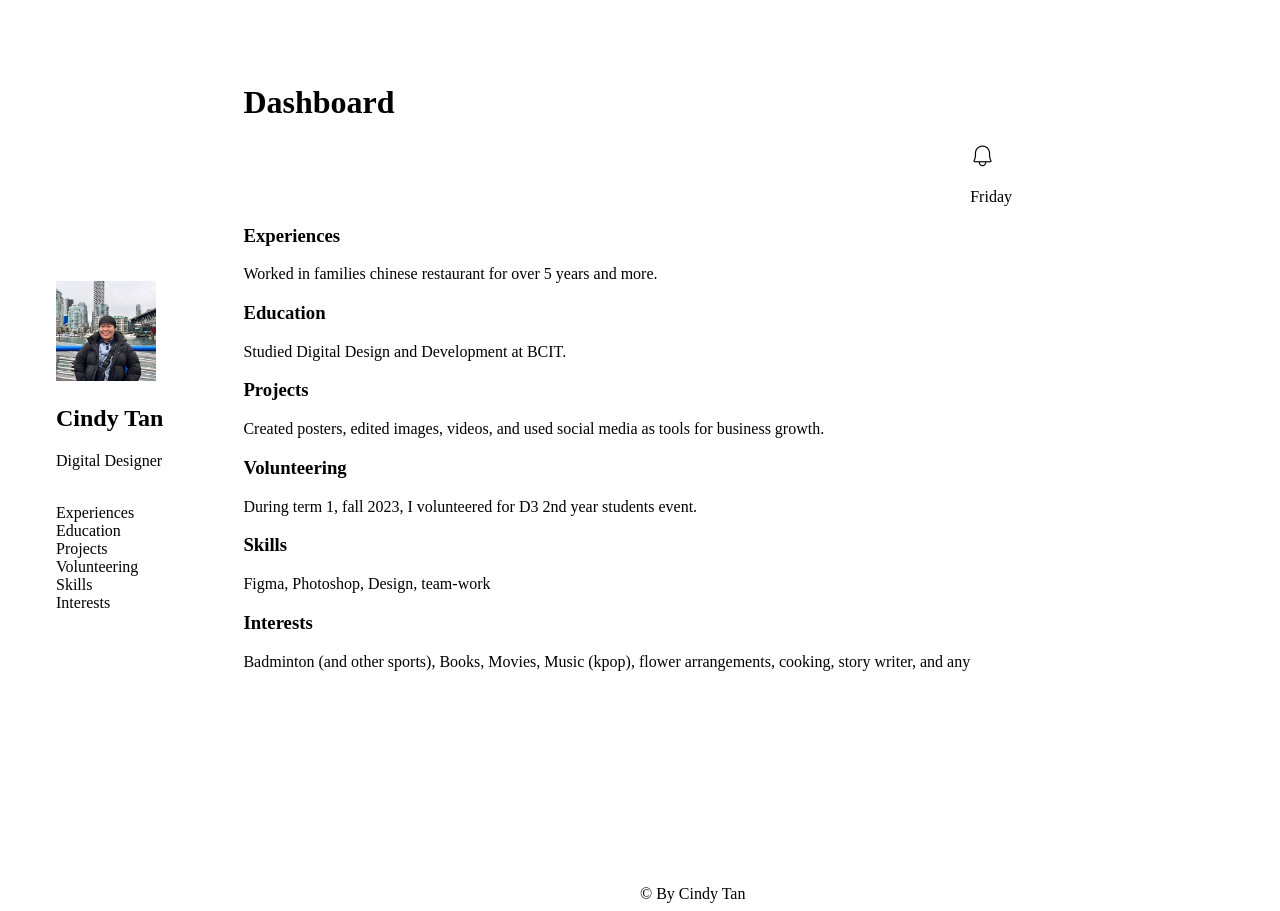
Repository: Cindy-tan/Assessment-_1
Page: /
An editor plug-in stored every save of this project. The page is shown before and after the next save, followed by the edit.
The browser window is 1280 px wide. The pictures show the whole page.
The project was rebuilt for these pictures with package versions that can differ from the ones it lists, and the page was loaded fresh each time. The framework's server and built-in components were replaced by stand-ins that run in the browser. Also part of the build but not shown: next.config.js, components/Card/Card.module.css, components/SideNavigation/SideNavigation.module.css.

Above is the page before, as saved 2024-01-19 00:17:56.

After the next save:
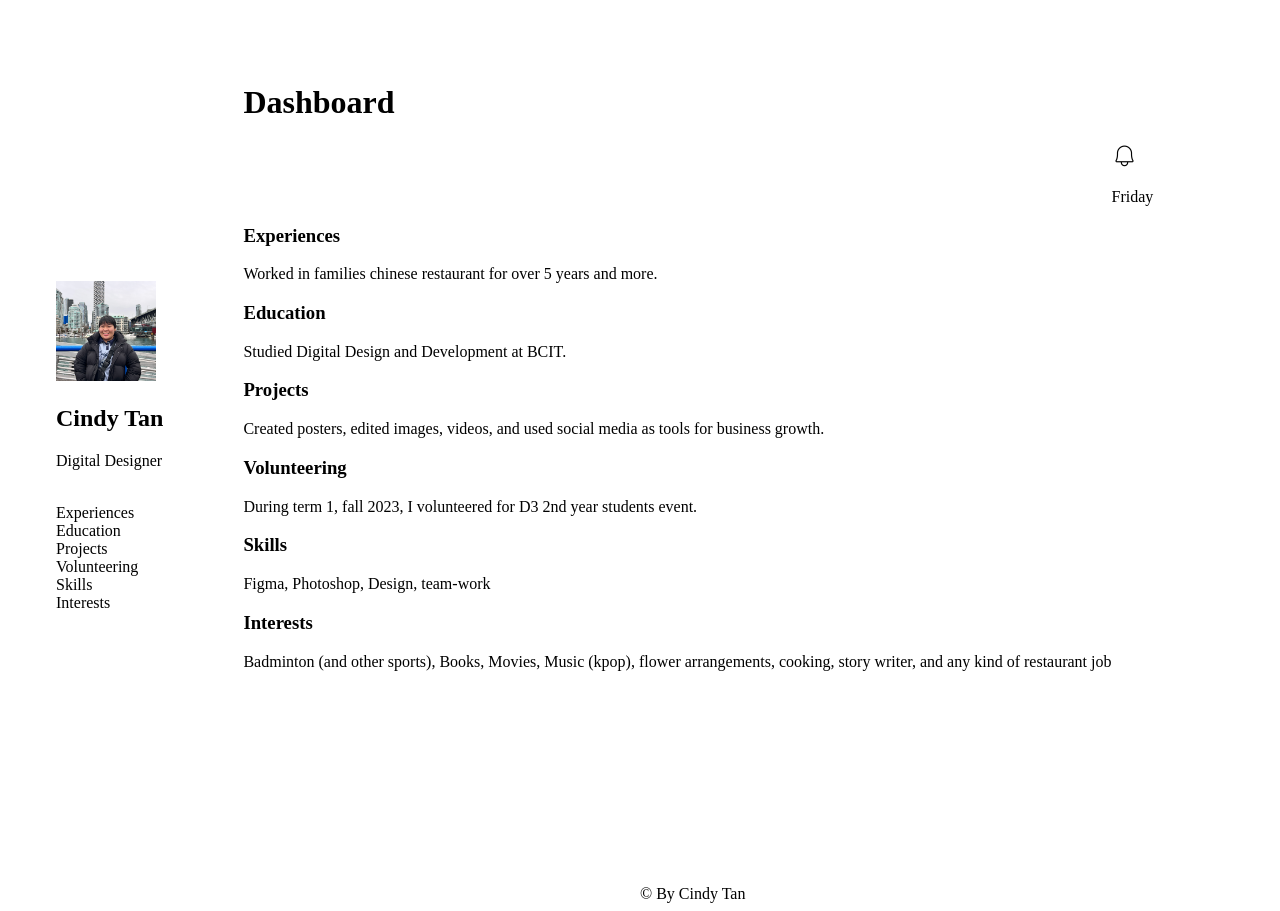
Saved 11 s later.
--- a/pages/index.js
+++ b/pages/index.js
@@ -37,7 +37,7 @@ export default function Home() {
         <div className={`${styles.cardRight}`}>
           <Card title='Volunteering' description='During term 1, fall 2023, I volunteered for D3 2nd year students event.'/>
           <Card title='Skills' description='Figma, Photoshop, Design, team-work'/>
-          <Card title='Interests' description='Badminton (and other sports), Books, Movies, Music (kpop), flower arrangements, cooking, story writer, and any '/>
+          <Card title='Interests' description='Badminton (and other sports), Books, Movies, Music (kpop), flower arrangements, cooking, story writer, and any kind of restaurant job'/>
         </div>
         </div>
 
